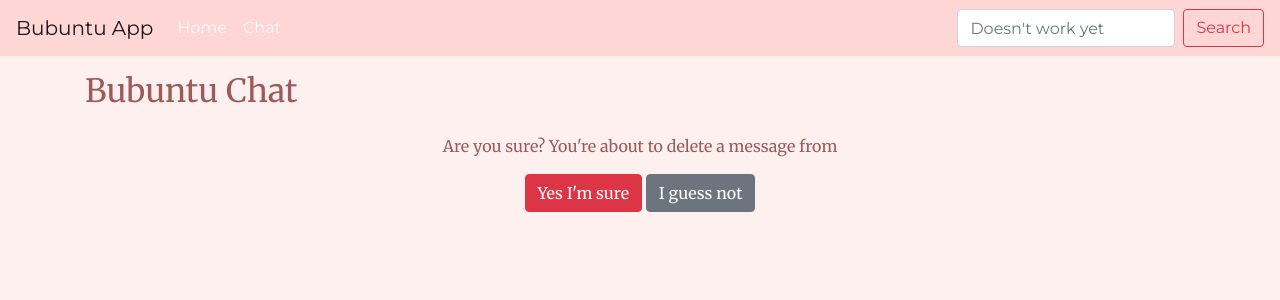
Repository: TanglingTreats/bubuntu-app
Page: templates/confirm-delete-message.html
The author's editor kept a record of every edit. The page is drawn from the files as they stood at one moment, then again after the next edit.
The browser window is 1280 px wide. The pictures show the whole page.
The template is drawn by Flask 3. The application's start-up code is not run. The template is opened directly, without the code that normally fills it, so the values that code supplies are empty.

Above is the page before.

After the next edit:
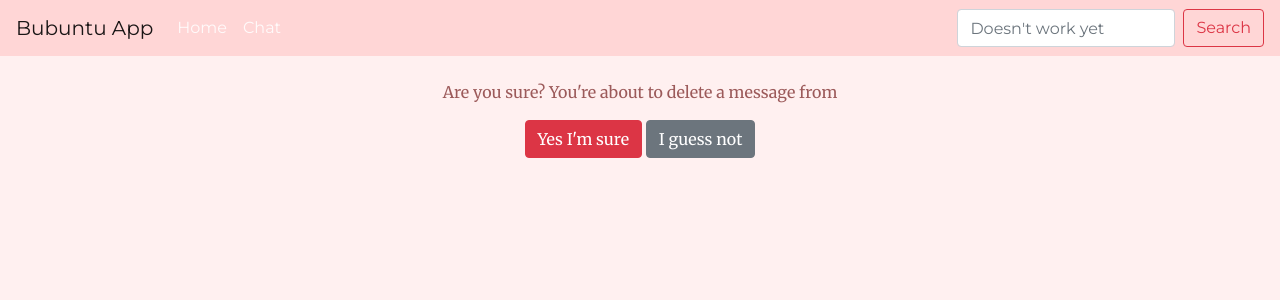
The edit:
--- a/templates/confirm-delete-message.html
+++ b/templates/confirm-delete-message.html
@@ -1,6 +1,6 @@
 {%extends 'layout.html'%}
 {%block title%}Delete message?{%endblock%}
-{%block heading%}Bubuntu Chat{%endblock%}
+{%block heading%}{%endblock%}
 {%block content%}
 <div class="text-center">
     <p>Are you sure? You're about to delete a message from {{username}}</p>
